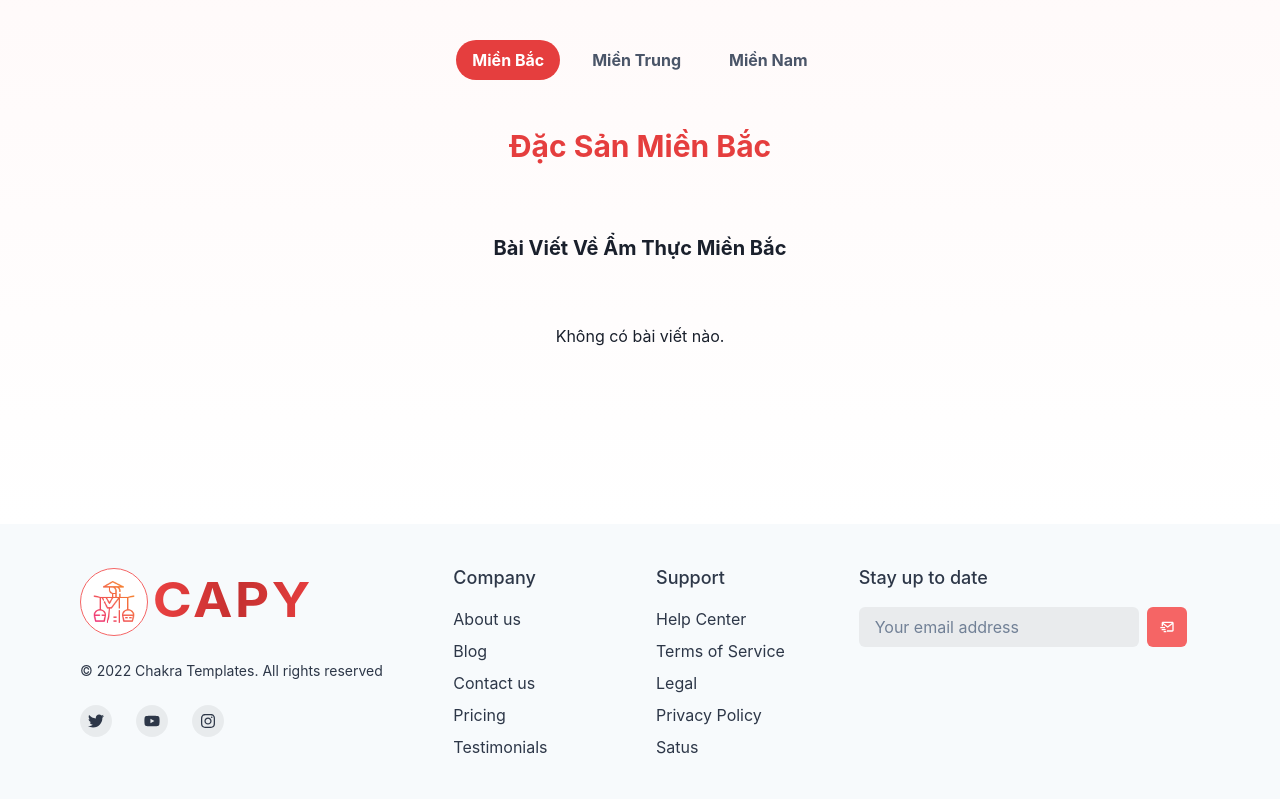
Repository: luannguyenhoang/trevel-capy
Page: /amThucPage/Containers
An editor plug-in stored every save of this project. The page is shown before and after the next save, followed by the edit.
The browser window is 1280 px wide. The pictures show the part of the page from y = 496 to 1295 px (the page is 1295 px tall before and 1151 px after).
The page's requests for data from a server got no answer. The project was rebuilt for these pictures with package versions that can differ from the ones it lists, and the page was loaded fresh each time. The framework's server and built-in components were replaced by stand-ins that run in the browser. No one was signed in, and anything a server would have sent is missing. Also part of the build but not shown: next.config.ts, src/components/molecules/Cart.tsx.

Above is the page before, as saved 2025-03-24 14:36:39.

After the next save:
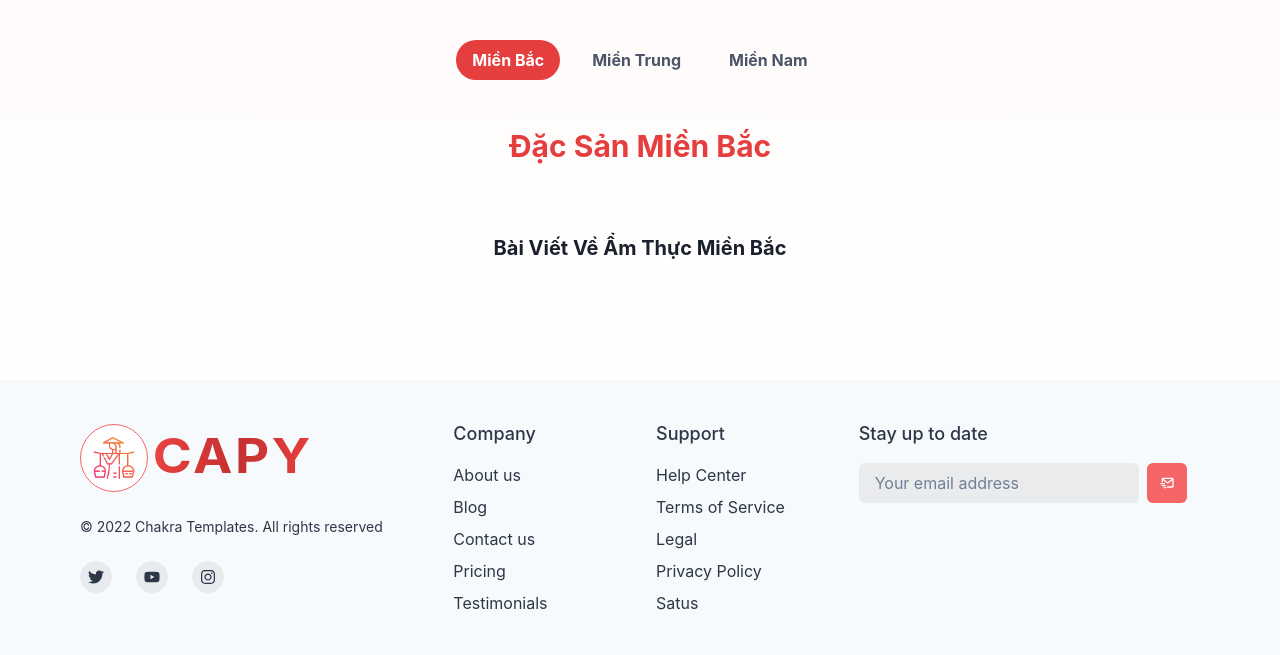
Saved 19 s later.
--- a/src/pages/amThucPage/Containers.tsx
+++ b/src/pages/amThucPage/Containers.tsx
@@ -150,7 +150,7 @@ export default function Containers({ session1 }: { session1: any }) {
                     <Heading size="md" mb={6} textAlign="center">
                       Bài Viết Về Ẩm Thực {category.name}
                     </Heading>
-                    <SlideConten slug={category.slug} />
+                    {/* <SlideConten slug={category.slug} /> */}
                   </Box>
                 </Box>
               </TabPanel>
